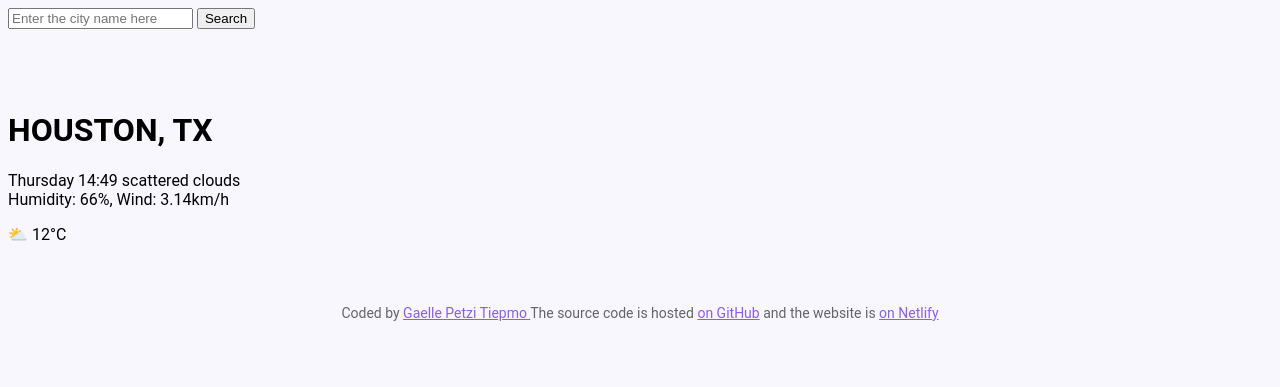
Repository: OnwardForward/meteo.by.gaelle
Page: meteo.appbygaelle.html
The author's editor kept a copy of each file at every save. The page is drawn from the files as they stood at one save, then again after the next save.
The browser window is 1280 px wide. The pictures show the whole page.

Above is the page before, as saved 2024-04-18 15:17:19.

After the next save:
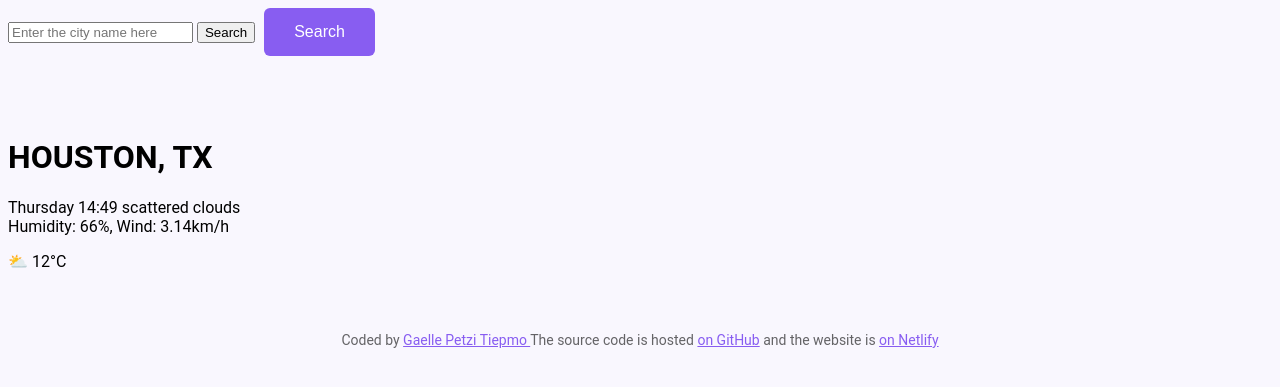
Saved 4 s later.
--- a/meteo.appbygaelle.html
+++ b/meteo.appbygaelle.html
@@ -11,7 +11,7 @@
     <form>
         <input type="search" placeholder="Enter the city name here" required />
         <input type="submit" value="Search" />
-
+        <input type="submit" value="Search" class="search-form-button" />
     </form>
    </header>
    <main>
